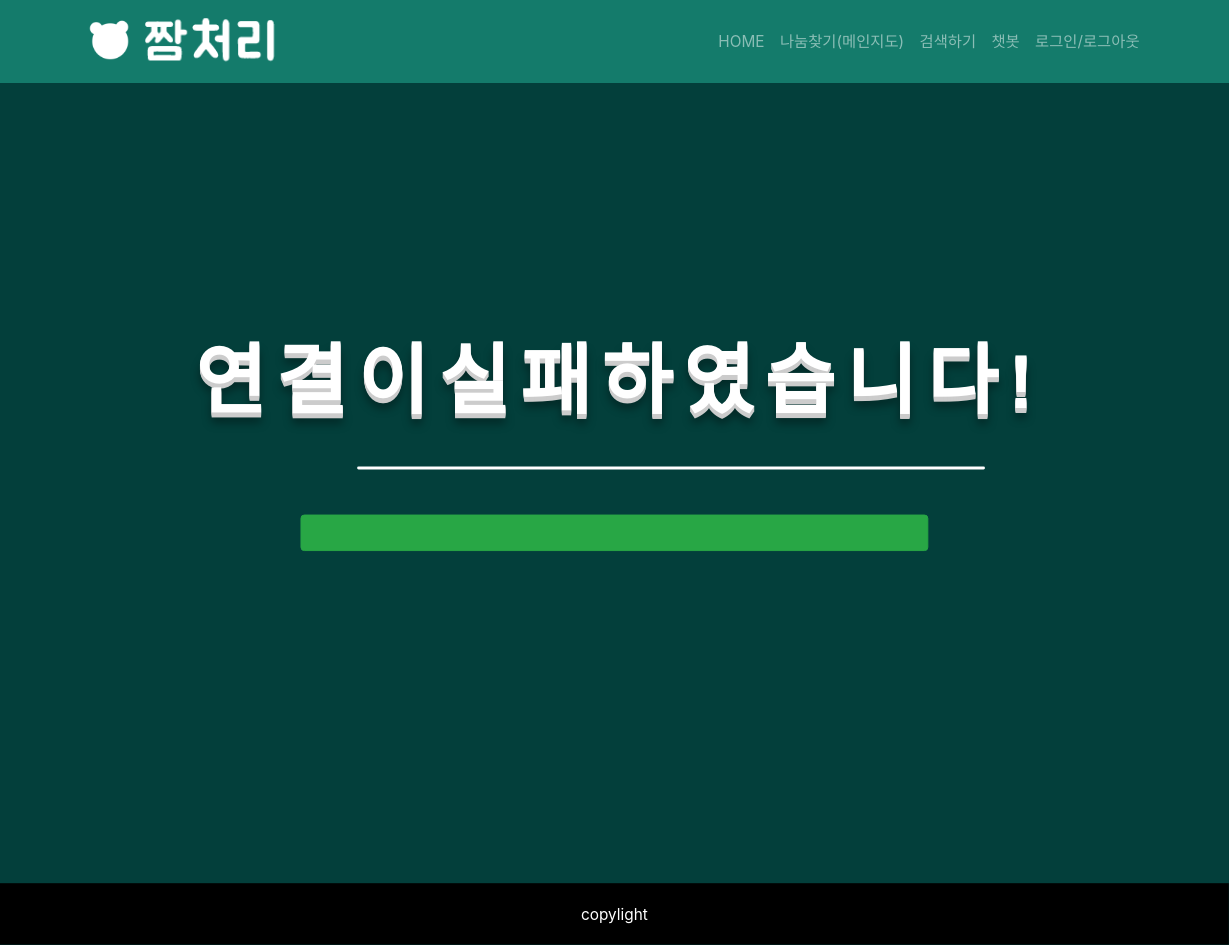
Repository: navang/JJAM_project
Page: http://localhost/jjam/jjam_7_result_fail.jsp
An editor plug-in stored every save of this project. The page is shown before and after the next save, followed by the edit.
The browser window is 1280 px wide. The pictures show the whole page, at 96% of full size.
Some web fonts or font styles are not loaded; a fallback is used. Some web libraries are served in a nearby version. The page is served by Tomcat 9. Nobody is signed in. The application's start-up code is not run. Other server files are loaded and not shown.

Above is the page before, as saved 2019-07-18 04:01:17.

### jjam/src/main/webapp/jjam_7_result_fail.jsp
<%@ page language="java" contentType="text/html; charset=UTF-8"
    pageEncoding="UTF-8"%>
<!DOCTYPE html>
<html>
<head>
<meta charset="UTF-8">
<meta name="viewport" content="width=device-width, initial-scale=1.0">
    <meta http-equiv="X-UA-Compatible" content="ie=edge">

    <link rel="stylesheet" href="https://stackpath.bootstrapcdn.com/bootstrap/4.3.1/css/bootstrap.min.css"
        integrity="sha384-ggOyR0iXCbMQv3Xipma34MD+dH/1fQ784/j6cY/iJTQUOhcWr7x9JvoRxT2MZw1T" crossorigin="anonymous">
    <script src="https://code.jquery.com/jquery-3.3.1.slim.min.js"
        integrity="sha384-q8i/X+965DzO0rT7abK41JStQIAqVgRVzpbzo5smXKp4YfRvH+8abtTE1Pi6jizo"
        crossorigin="anonymous"></script>
    <script src="https://cdnjs.cloudflare.com/ajax/libs/popper.js/1.14.7/umd/popper.min.js"
        integrity="sha384-UO2eT0CpHqdSJQ6hJty5KVphtPhzWj9WO1clHTMGa3JDZwrnQq4sF86dIHNDz0W1"
        crossorigin="anonymous"></script>
    <script src="https://stackpath.bootstrapcdn.com/bootstrap/4.3.1/js/bootstrap.min.js"
        integrity="sha384-JjSmVgyd0p3pXB1rRibZUAYoIIy6OrQ6VrjIEaFf/nJGzIxFDsf4x0xIM+B07jRM"
        crossorigin="anonymous"></script>
    <!-- https://getbootstrap.com/docs/4.3/getting-started/introduction/ 부트스트랩에서 가져옴-->




    <link rel="stylesheet" href="./resources/style/main.css">
    <link rel="stylesheet" href="./resources/style/fail.css">

    <script src="https://kit.fontawesome.com/825d367943.js"></script>
<title>Insert title here</title>

<script>
  $(function(){

	  $('.result-form-item span').hover(function(){
		$(this).toggleClass('active');
		if($(this).hasClass('active'))
			$(this).css({
			  "animation": "bounce .3s ease infinite alternate"
		  });

	  },function(){
		 	$(this).click(function(){
		 		$(this).removeAttr('style').delay(3000);
		 	});

	  });

});

    </script>

<body>
    <!-- ---------------------------------상단 고정 메뉴바--------------------------------------------->
    <h1 class="seperator"></h1>
    <nav id="top_navcolor" class="navbar fixed-top navbar navbar-expand-xl navbar-dark">
        <!-- fixed-top 상단고정-->
        <div class="container">
            <!-- 브랜드 로고 삽입-->
            <a href="jjam_3_form.jsp" class="navbar-brand">
                <img id="logo" class="" style="width: 60px; height: 60px;" src="./resources/image/character.png" alt=""><img src="./resources/image/JJCR_white1.png">
            </a>
            <!-- 햄버거 버튼-->
            <button class="navbar-toggler ham" data-toggle="collapse" data-target="#myNav">
                <span class="navbar-toggler-icon"></span>
            </button>
            <!-- 네비게이션 버튼 -->
            <div id="myNav" class="collapse navbar-collapse justify-content-end">
                <ul class="navbar-nav">
                    <li class="nav-item"><a href="" class="nav-link">HOME</a></li>
                    <li class="nav-item"><a href="" class="nav-link">나눔찾기(메인지도)</a></li>
                    <li class="nav-item"><a href="" class="nav-link">검색하기</a></li>
                    <li class="nav-item"><a href="" class="nav-link">챗봇</a></li>
                    <li class="nav-item"><a href="" class="nav-link">로그인/로그아웃</a>

                    </li>
                </ul>
            </div>
        </div>
    </nav>



 <!--------------------------------------본문 ------------------------------------------------------>

 <div class="result-form">
        <!--전체화면 분할-->
     <div class=""></div>
     <div class=""></div>
     <div class=""></div>
     <div class=""></div>
     <div class="result-form-item">

     <h1>
  <span>연</span>
  <span>결</span>
  <span>이</span>
  <span>실</span>
  <span>패</span>
  <span>하</span>
  <span>였</span>
  <span>습</span>
  <span>니</span>
  <span>다</span>
  <span>!</span>
</h1>

<div class="result-form-item-line"></div>
<div>
<input type="button" class="btn btn-success" style="width:73%;">
</div>


     </div>
     <div class=""></div>
     <div class=""></div>
     <div class=""></div>
     <div class=""></div>
     <div ></div>
</div>
</body>


<!-- Footer -->
<footer>
<div class="footer">copylight</div>
</footer>



</html>

### jjam/src/main/webapp/resources/style/main.css
@charset "utf-8";

@font-face {
    font-family: NanumSquareR;
    src: url(../font/NanumSquareR.woff) format('woff');
}

@font-face {
    font-family: NanumSquareL;
    src: url(../font/NanumSquareL.woff) format('woff');
}

@font-face {
    font-family: NanumSquareB;
    src: url(../font/NanumSquareB.woff) format('woff');
}





/* background*/


h1, h2, h3, h5, p {
    font-family: NanumSquareR, sans-serif;
    font-weight: 500;
    color: white;
}
h4{
    font-family: NanumSquareR, sans-serif;
    font-weight: 500;
    color: black;
}

h1, h2, h3 {
    margin-top: 10px;
    margin-bottom: 10px;
    font-weight: 700;
}

body{

    background: #033f3b;
}

#top_navbar {
    background: rgba(0,0,0,0.7);
}
#top_navcolor {
    background-color: #147b6b;
}

#top_navbar-nav > li > a {
    padding-top: 20px;
    padding-bottom: 20px;
}

.separator {
    background: #59e;
    margin-top: 80px;
    padding: 21px;
    text-align: center;
    color: #fff;
}

.red {
    background: #fcc;
    border: #eaa solid 4px;
}

.yellow {
    background: #f6f6c0;
    border: #dd7 solid 4px;
}


.green {
    font:white;
    background: #147b6b;

}

.bluegreen {
    background: #aee;
    border: #8dd solid 4px;
}

.blue {
    background: #bcf;
    border: #9ae solid 4px;
}



/*  풀어주기   */
.map-custom{
	width:700px;
	height:700px;
	position:relative;
	overflow:hidden;
	margin-left: 80px;
	border-radius:30px;
}

.carousel-item{
    width: 100%;
    height: 700px;
}

.bigfont{
	text-align:center;
	font-size: 100px;
    color: black;
    font-family: NanumSquareL;
    src: url(../font/NanumSquareL.woff) format('woff');

}

.carousel-caption * {
    color: white;
    width: 500%;
    height: 100%;
}
.white-text {
    color: white;
}
.row{
     display : grid;
     grid-template-columns: 100%;
     grid-template-rows: 70px 850px 100px ;
}
.mypage{
	display: grid;
	  grid-template-columns: 20% 60% 20%;
     grid-template-rows: 400px 1400px ;
}
.mypage-columns{
	display:grid;
	  grid-template-columns: 30% 70%;
 	text-align: center;

}
.mypage-rows{
	display:grid;
	  grid-template-rows: 30% 70%;


}
/* 햄버거*/
.ham{
	width:100px;
}

/* 2_search 페이지 */
.search{
    display : grid;
    grid-template-columns: 25% 50% 25%;
    grid-template-rows: 100px 300px 40px 50px 20px;
}
.search-grid {

    display : grid;
    text-align: center;
    grid-template-columns: 20% 20% 20% 20% 20%;
    grid-template-rows: 100px 100px 100px 100px 100px;
}
/* 3 form*/
/* 전체화면 분할*/
.modal-form{
    display : grid;
    grid-template-columns: 15% 70% 15%;
    grid-template-rows: 60px 500px ;

}
/* 가운데화면 분할*/
.modal-form-grid{
    display : grid;
    grid-template-columns: 60% 40%;
    grid-template-rows: 60px 100%;

}
/* */
.modal-inner-grid{
    display : grid;
    grid-template-columns: 50% 50%;

}

.modal-size{
    position: absolute;


}
/* modal fullsize*/
.modal-dialog.modal-fullsize {
    width: 150%; height: 100%; margin: 0; padding: 0;
}
.modal-content.modal-fullsize {
    height: auto;
    min-height: 100%;
    border-radius: 0;
  }


/* info modal img*/
.img-chatmodal{
    width:1900px;
    height: 950px;
    background-image:url('../image/chatbot_modal.png');
}

/*게시물 리스트*/
.form-list {
    display: grid;
    grid-template-columns:3% 20% 3% 74%;
    padding: 10px;
}


/* 5*5 그리드 */
#grid{
    display: grid;
    text-align: center;
    grid-template-columns:150px 150px 150px 150px 150px 150px;
}
/* 메인 1 페이지  */
.wrapper {
    display: grid;
    grid-template-columns: 5% 55% 40% ;
    grid-template-rows: 100px 7px 100px 30px 100px 100px 30px 100px 100px;
}

/* 4 login form*/
.login{
    display : grid;
    grid-template-columns: 30% 800px 27%;
    grid-template-rows: 100px 800px ;
}
.login-set{
    color : #1f0a01;
    background-color: white;
    border-radius: 15px;
    display:grid;
    grid-template-rows: 80px 380px 300px 40px;
    text-align: center;

}
.login-set.login-form{
    display: grid;
    grid-template-columns:240px 320px 240px;
    grid-template-rows: 100px 100px 100px ;

}
.design-border{
    border: silver solid 2px;
}

/* 7_result*/
.result-form{
    display: grid;
     grid-template-columns: 15% 70% 15%;
    grid-template-rows: 200px 300px 300px ;
}
.result-form-item{
	display:grid;
	  text-align:center;
	  grid-template-columns:100%;

}
.result-form-item-line{
	 background:white;
 	text-align:center;
	  border-radius: 50px;
	  width:73%;
	  height:3px;
	  margin-left:180px;

}
/* footer*/
.footer {
    left: 0;
    bottom: 0;
    width: 100%;
	padding: 20px 0;
	text-align: center;
	color: white;
	background:  black;
}
.card {
  height: 30%;
}
.card-columns {
    @include media-breakpoint-only(lg) {
      column-count: 4;
    }
    @include media-breakpoint-only(xl) {
      column-count: 5;
    }
  }
@media (max-width:640px) {
    .bigfont{
        font-size: 700%;
    }
    .search{
        display : grid;
        grid-template-columns: 0px 100% 0px;
        grid-template-rows: 100px 600px 30px 30px 20px ;
    }
      /* 5*5 그리드 */
    #grid{
    display: grid;
    text-align: center;
    grid-template-columns:160px 160px 160px;
}

    .wrapper {
    display: grid;
    grid-template-columns: 5% 90% 5% ;
    grid-template-rows: 100px 60px 30% 30px 70px 100px 100px 100px 10px;
    }
    .search-grid {

        display : grid;
        text-align: center;
        grid-template-columns: 25% 25% 25% 25%;
        grid-template-rows: 50px  50px  50px 50px  50px  50px;
    }


    .mypage{
	display: grid;
	  grid-template-columns: 100%;
     grid-template-rows: 0px  0px   170px  0px   500px;
}
.mypage-columns{
	display:grid;
	 grid-template-columns: 100%;
		  grid-template-rows: 400px 50%;

}
.mypage-rows{
	display:grid;

		  grid-template-template: 100%;
		   grid-template-rows: 60% 40%;
}
.mypage-menu{
	display:grid;

		  grid-template-rows: 25% 25% 25% 25%;
}


    /*챗 모달 사용설명서*/
    .img-chatmodal{
        width:640px;
        height: 950px;
        background-image:url('../image/chatbot_modal_mobile.png');

    }
    /* modal fullsize*/
    .modal-dialog.modal-fullsize {
    width: 100%; height: 100%; margin: 0; padding: 0;
    }
    .modal-content.modal-fullsize {
    height: auto;
    min-height: 100%;
    border-radius: 0;
  }
    /* 가운데화면 분할*/
    .modal-form-grid{
    display : grid;
    grid-template-columns: 100%;
    grid-template-rows: 30px 30px 440px;

    }
    .modal-inner-grid{
        display : grid;
        grid-template-columns: 100%;

    }
    /* 4 login form*/
    .login{
    display : grid;
    grid-template-columns: 0px 640px 0px;
    grid-template-rows: 50px 640px ;
}
.result-form{
    display: grid;
     grid-template-columns: 0% 100% 0%;
    grid-template-rows: 100px 700px 100px ;
}
.ham{
	width:100px;
}
/* footer*/
.footer {
    left: 0;
    bottom: 0;
    width: 100%;
	padding: 20px;
	text-align: center;
	color: white;
	background:  black;
}


}

### jjam/src/main/webapp/resources/style/fail.css
@charset "UTF-8";


@font-face {
    font-family: NanumSquareR;
    src: url(../font/NanumSquareR.woff) format('woff');
}

@font-face {
    font-family: NanumSquareL;
    src: url(../font/NanumSquareL.woff) format('woff');
}

@font-face {
    font-family: NanumSquareB;
    src: url(../font/NanumSquareB.woff) format('woff');
}


h1 {
  height: 100px;
}

h1 span {
  position: relative;
  top: 20px;
  display: inline-block;
  /*animation: bounce .3s ease infinite alternate;*/
  font-family: NanumSquareR, sans-serif;
  font-size: 80px;
  color: #FFF;
  text-shadow: 0 1px 0 #CCC,
               0 2px 0 #CCC,
               0 3px 0 #CCC,
               0 4px 0 #CCC,
               0 5px 0 #CCC,
               0 6px 0 transparent,
               0 7px 0 transparent,
               0 8px 0 transparent,
               0 9px 0 transparent,
               0 10px 10px rgba(0, 0, 0, .4);
}

/* h1 span:nth-child(1) { animation-delay: .1s; } */
/* h1 span:nth-child(2) { animation-delay: .2s; } */
/* h1 span:nth-child(3) { animation-delay: .3s; } */
/* h1 span:nth-child(4) { animation-delay: .4s; } */
/* h1 span:nth-child(5) { animation-delay: .5s; } */
/* h1 span:nth-child(6) { animation-delay: .6s; } */
/* h1 span:nth-child(7) { animation-delay: .7s; } */
/* h1 span:nth-child(8) { animation-delay: .8s; } */
/* h1 span:nth-child(9) { animation-delay: .9s; } */
/* h1 span:nth-child(10) { animation-delay: .10s; } */
/* h1 span:nth-child(11) { animation-delay: .1s; } */

@keyframes bounce {
  100% {
    top: -20px;
    text-shadow: 0 1px 0 #CCC,
                 0 2px 0 #CCC,
                 0 3px 0 #CCC,
                 0 4px 0 #CCC,
                 0 5px 0 #CCC,
                 0 6px 0 #CCC,
                 0 7px 0 #CCC,
                 0 8px 0 #CCC,
                 0 9px 0 #CCC,
                 0 50px 25px rgba(0, 0, 0, .2);
  }
}

After the next save:
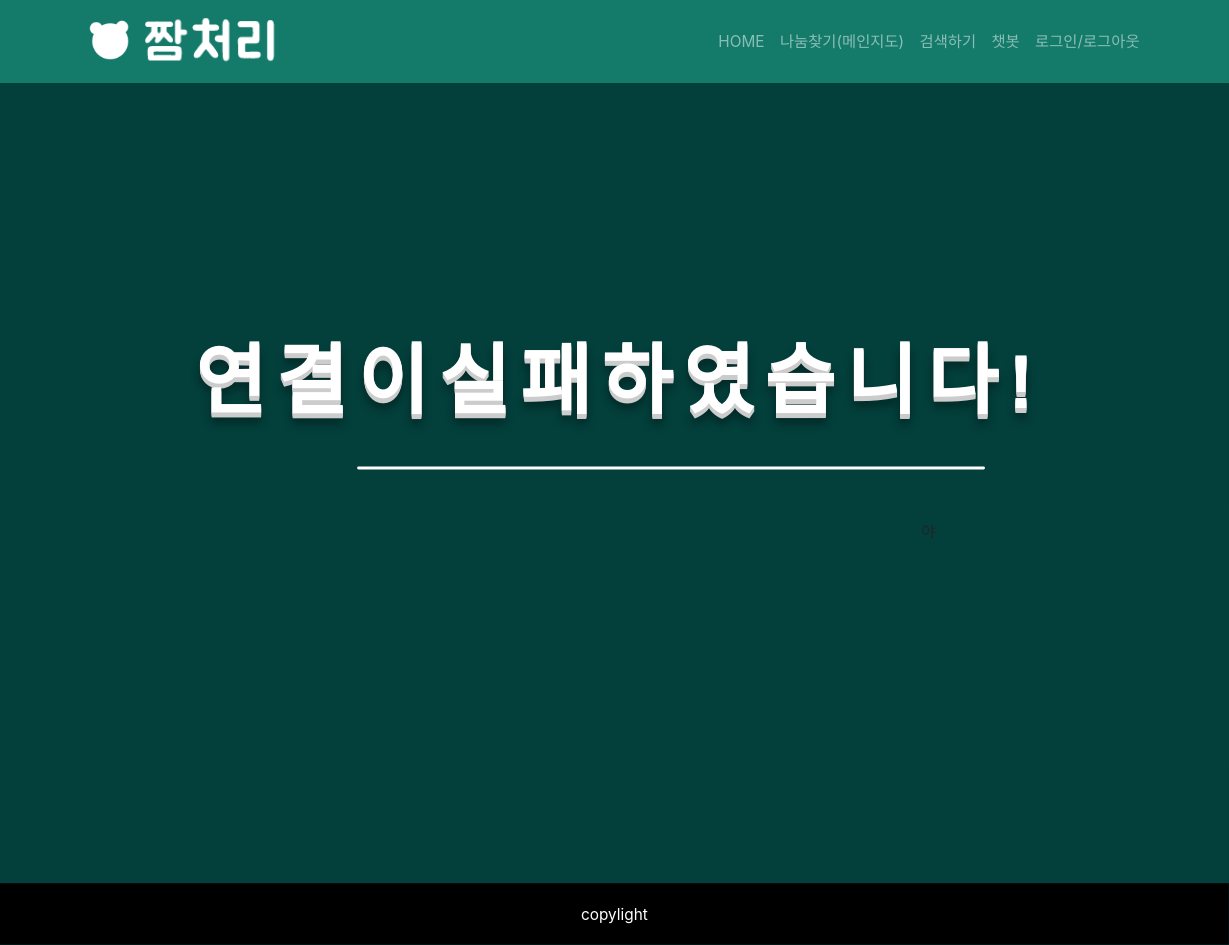
Saved 32 s later.
--- a/jjam/src/main/webapp/jjam_7_result_fail.jsp
+++ b/jjam/src/main/webapp/jjam_7_result_fail.jsp
@@ -107,7 +107,7 @@
 
 <div class="result-form-item-line"></div>
 <div>
-<input type="button" class="btn btn-success" style="width:73%;">
+<input type="button" class="btn" style="width:73%;">야
 </div>
 
 
